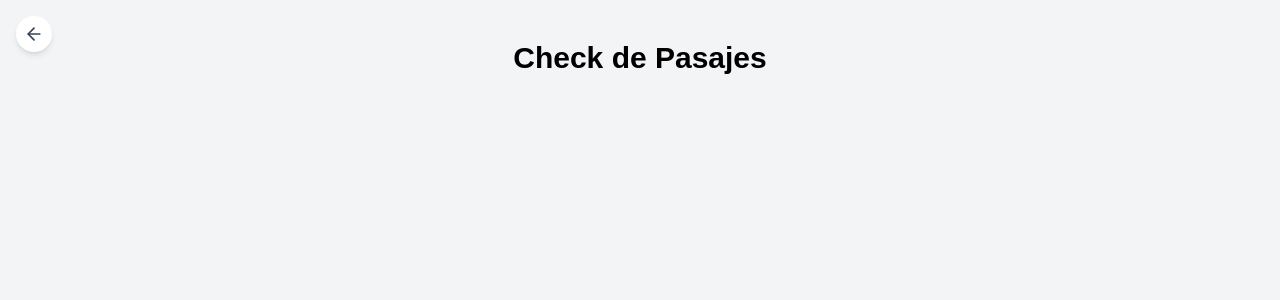
Repository: francoluca35/appcolectivos
Page: /checkpass
An editor plug-in stored every save of this project. The page is shown before and after the next save, followed by the edit.
The browser window is 1280 px wide. The pictures show the whole page.
The page's requests for data from a server got no answer. The project was rebuilt for these pictures with package versions that can differ from the ones it lists, and the page was loaded fresh each time. The framework's server and built-in components were replaced by stand-ins that run in the browser. No one was signed in, and anything a server would have sent is missing. Also part of the build but not shown: next.config.mjs.

Above is the page before, as saved 2025-03-28 15:10:16.

After the next save:
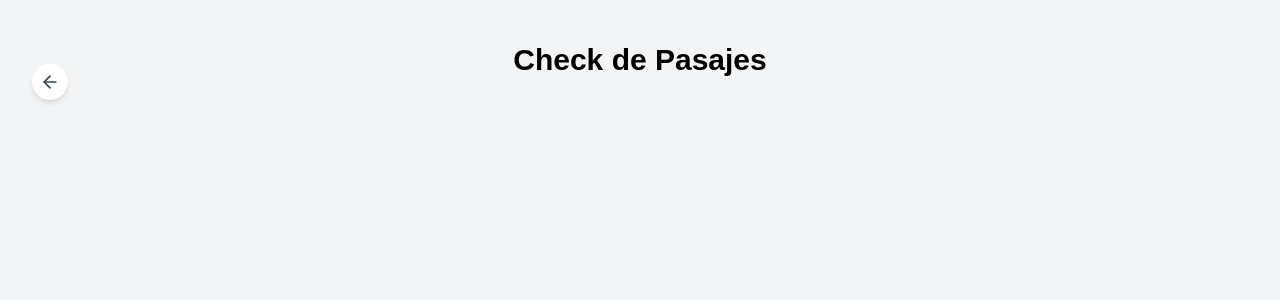
Saved 55 s later.
--- a/src/app/checkpass/page.js
+++ b/src/app/checkpass/page.js
@@ -6,8 +6,22 @@ import BackArrow from '../components/backArrow';
 export default function CheckPass() {
   return (
     <div className="min-h-screen bg-gray-100 py-10 px-4">
-     <BackArrow/>
-      <h1 className="text-3xl font-bold text-center mb-8 text-black">Check de Pasajes</h1>
+    <div className="relative flex items-center justify-center mb-8 h-10">
+  {/* Flecha alineada a la izquierda y centrada verticalmente */}
+  <div className="absolute left-0 top-1/2 -translate-y-1/2">
+    <button
+      className="transition transform hover:scale-110 active:scale-95 hover:-translate-x-1"
+      title="Volver"
+    >
+      <BackArrow />
+    </button>
+  </div>
+
+  {/* Título centrado */}
+  <h1 className="text-3xl font-bold text-black text-center leading-none">
+    Check de Pasajes
+  </h1>
+</div>
 
       <Suspense fallback={<p className="text-center text-gray-500">Cargando lista de pasajeros...</p>}>
         <PasajerosLista />
